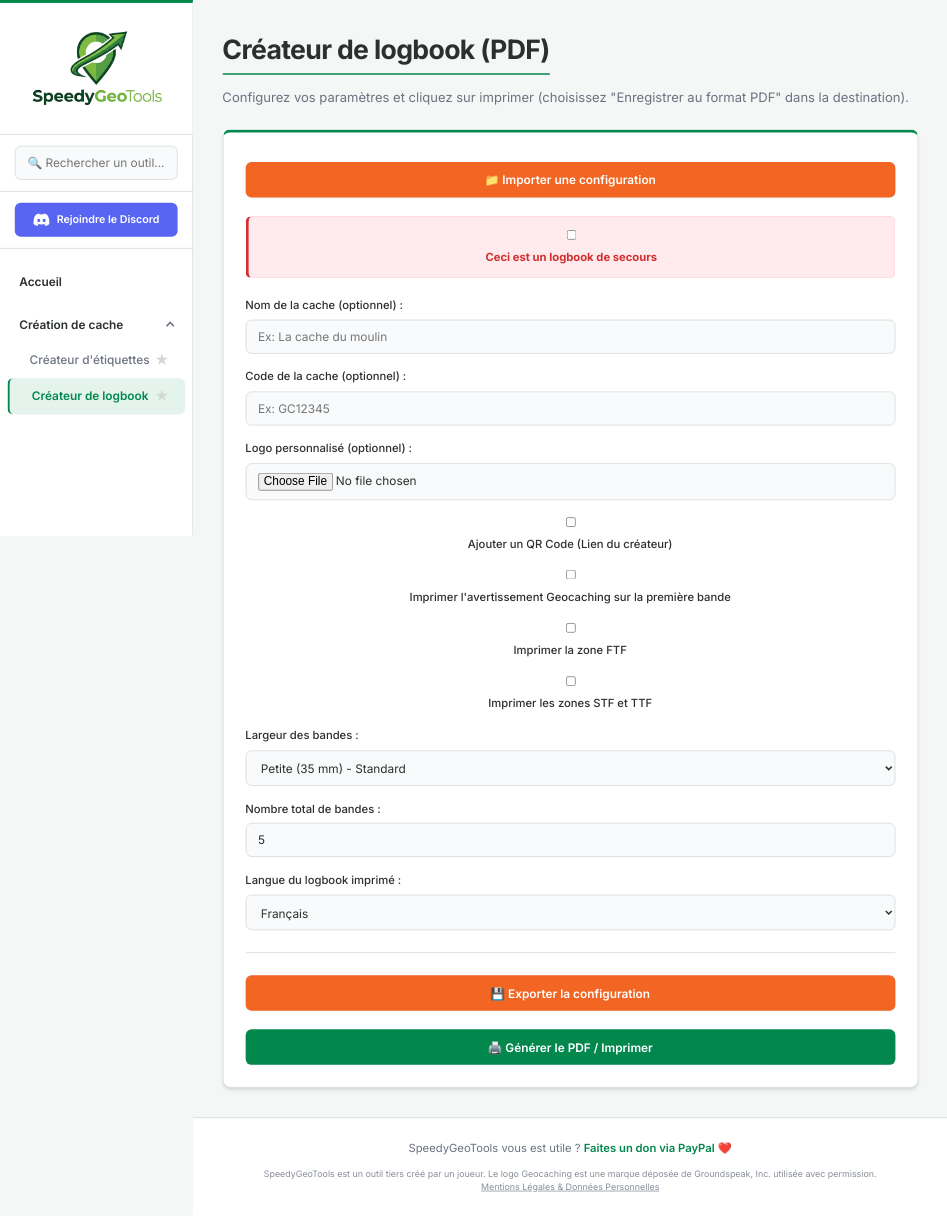
Repository: rodafux/SpeedyGeoTools
Page: fr/logbook.html
These files come from the project's save history. The page is drawn as it stood at one moment and after the next save; the edit follows.
The browser window is 1280 px wide. The pictures show the whole page, at 74% of full size.

Above is the page before, as saved 2026-04-12 04:36:43.

### fr/logbook.html
<!DOCTYPE html>
<html lang="fr">
<head>
    <meta charset="UTF-8">
    <meta name="viewport" content="width=device-width, initial-scale=1.0">
    <meta property="og:title" content="SpeedyGeoTools - Créateur de logbook">
    <meta property="og:description" content="Générez et imprimez instantanément des feuilles de log adaptées à la taille de vos géocaches (Micro, Small, Regular).">
    <meta property="og:image" content="https://speedygeotools.com/logo.png">
    <meta property="og:url" content="https://speedygeotools.com/fr/logbook.html">
    <meta property="og:type" content="website">
    <title>SpeedyGeoTools - Créateur de logbook</title>
    <meta name="description" content="Générez et imprimez instantanément des feuilles de log adaptées à la taille de vos géocaches (Micro, Small, Regular).">
    <link rel="icon" type="image/png" href="../favicon.png">
    <link rel="alternate" hreflang="en" href="https://speedygeotools.com/logbook.html" />
    <link rel="alternate" hreflang="fr" href="https://speedygeotools.com/fr/logbook.html" />
    <link rel="alternate" hreflang="x-default" href="https://speedygeotools.com/logbook.html" />
    <link rel="preconnect" href="https://fonts.googleapis.com">
    <link rel="preconnect" href="https://fonts.gstatic.com" crossorigin>
    <link href="https://fonts.googleapis.com/css2?family=Inter:wght@400;500;600;700&display=swap" rel="stylesheet">
    <link rel="stylesheet" href="../css/style.css">
    <link rel="stylesheet" href="../css/print.css">
    <link rel="canonical" href="https://speedygeotools.com/fr/logbook.html" />
    <script src="https://cdnjs.cloudflare.com/ajax/libs/qrious/4.0.2/qrious.min.js"></script>
</head>
<body>
    <div class="app-sidebar no-print">
        <div class="sidebar-header">
            <a href="index.html" class="sidebar-brand">
                <img src="../logo.png" alt="SpeedyGeoTools" class="brand-logo">
            </a>
            <button class="mobile-menu-toggle" onclick="toggleMobileMenu()">☰</button>
        </div>
        <div class="sidebar-content" id="sidebarContent">
            <div class="search-container">
                <input type="text" id="toolSearch" placeholder="🔍 Rechercher un outil..." onkeyup="filterTools()">
            </div>
            <div class="sidebar-discord">
                <a href="https://discord.gg/7D9yHJCKaA" target="_blank">
                    <svg viewBox="0 0 127.14 96.36" width="22" height="22" fill="currentColor"><path d="M107.7,8.07A105.15,105.15,0,0,0,81.47,0a72.06,72.06,0,0,0-3.36,6.83A97.68,97.68,0,0,0,49,6.83,72.37,72.37,0,0,0,45.64,0,105.89,105.89,0,0,0,19.39,8.09C2.79,32.65-1.71,56.6.54,80.21h0A105.73,105.73,0,0,0,32.71,96.36,77.7,77.7,0,0,0,39.6,85.25a68.42,68.42,0,0,1-10.85-5.18c.91-.66,1.8-1.34,2.66-2a75.57,75.57,0,0,0,64.32,0c.87.71,1.76,1.39,2.66,2a68.68,68.68,0,0,1-10.87,5.19,77,77,0,0,0,6.89,11.1A105.25,105.25,0,0,0,126.6,80.22h0C129.24,52.84,122.09,29.11,107.7,8.07ZM42.45,65.69C36.18,65.69,31,60,31,53s5-12.74,11.43-12.74S54,46,53.89,53,48.84,65.69,42.45,65.69Zm42.24,0C78.41,65.69,73.31,60,73.31,53s5-12.74,11.43-12.74S96.33,46,96.22,53,91.08,65.69,84.69,65.69Z"/></svg>
                    <span>Rejoindre le Discord</span>
                </a>
            </div>
            <div class="sidebar-nav">
                <a href="index.html">Accueil</a>
                <details open>
                    <summary>Création de cache</summary>
                    <a href="labels.html">Créateur d'étiquettes</a>
                    <a href="logbook.html" class="active">Créateur de logbook</a>
                </details>
            </div>
        </div>
    </div>
    <main class="app-content">
        <div class="container no-print">
            <h1>Créateur de logbook (PDF)</h1>
            <p class="subtitle">Configurez vos paramètres et cliquez sur imprimer (choisissez "Enregistrer au format PDF" dans la destination).</p>
            <div class="main-layout" style="display:block;">
                <div class="controls-panel">
                    <div style="margin-bottom: 25px;">
                        <input type="file" id="importLogbook" accept=".json" onchange="importLogbookConfig(event)" style="display: none;">
                        <button onclick="document.getElementById('importLogbook').click()" class="btn-secondary">📁 Importer une configuration</button>
                    </div>
                    <div class="form-group checkbox-group emergency-toggle">
                        <input type="checkbox" id="isEmergency">
                        <label for="isEmergency" style="color: #d32f2f; font-weight: bold;">Ceci est un logbook de secours</label>
                    </div>
                    <div class="form-group" id="emergencyPseudoGroup" style="display: none;">
                        <label for="emergencyPseudo">Votre pseudo (Déposé par) :</label>
                        <input type="text" id="emergencyPseudo" placeholder="Ex: GeoTrouveTout">
                    </div>
                    <div id="standardOptions">
                        <div class="form-group">
                            <label for="cacheName">Nom de la cache (optionnel) :</label>
                            <input type="text" id="cacheName" placeholder="Ex: La cache du moulin">
                        </div>
                        <div class="form-group">
                            <label for="cacheCode">Code de la cache (optionnel) :</label>
                            <input type="text" id="cacheCode" placeholder="Ex: GC12345">
                        </div>
                        <div class="form-group">
                            <label for="logoInput">Logo personnalisé (optionnel) :</label>
                            <input type="file" id="logoInput" accept="image/png, image/jpeg">
                        </div>
                        <div class="form-group checkbox-group">
                            <input type="checkbox" id="hasQrCode">
                            <label for="hasQrCode">Ajouter un QR Code (Lien du créateur)</label>
                        </div>
                        <div class="form-group" id="qrUrlGroup" style="display: none;">
                            <label for="qrUrl">Lien du QR Code :</label>
                            <input type="text" id="qrUrl" placeholder="https://...">
                        </div>
                    </div>
                    <div class="form-group checkbox-group">
                        <input type="checkbox" id="hasWarning">
                        <label for="hasWarning">Imprimer l'avertissement Geocaching sur la première bande</label>
                    </div>
                    <div id="podiumOptions">
                        <div class="form-group checkbox-group">
                            <input type="checkbox" id="hasFtf">
                            <label for="hasFtf">Imprimer la zone FTF</label>
                        </div>
                        <div class="form-group checkbox-group sub-checkbox" id="ftfTamponGroup" style="display: none;">
                            <input type="checkbox" id="hasFtfTampon" checked>
                            <label for="hasFtfTampon">Agrandir la zone FTF (Espace Tampon)</label>
                        </div>
                        <div class="form-group checkbox-group">
                            <input type="checkbox" id="hasStfTtf">
                            <label for="hasStfTtf">Imprimer les zones STF et TTF</label>
                        </div>
                        <div class="form-group checkbox-group sub-checkbox" id="stfTtfTamponGroup" style="display: none;">
                            <input type="checkbox" id="hasStfTtfTampon" checked>
                            <label for="hasStfTtfTampon">Agrandir les zones STF/TTF (Espace Tampon)</label>
                        </div>
                    </div>
                    <div class="form-group">
                        <label for="stripWidth">Largeur des bandes :</label>
                        <select id="stripWidth">
                            <option value="25">Micro (25 mm) - Sans tampons ni textes</option>
                            <option value="35" selected>Petite (35 mm) - Standard</option>
                            <option value="45">Normale (45 mm) - Large</option>
                        </select>
                    </div>
                    <div class="form-group">
                        <label for="stripCount">Nombre total de bandes :</label>
                        <input type="number" id="stripCount" value="5" min="1" max="100">
                    </div>
                    <div class="form-group">
                        <label for="pdfLanguage">Langue du logbook imprimé :</label>
                        <select id="pdfLanguage">
                            <option value="fr" selected>Français</option>
                            <option value="en">English (Anglais)</option>
                            <option value="de">Deutsch (Allemand)</option>
                            <option value="es">Español (Espagnol)</option>
                            <option value="it">Italiano (Italien)</option>
                            <option value="pt">Português (Portugais)</option>
                            <option value="nl">Nederlands (Néerlandais)</option>
                            <option value="cs">Čeština (Tchèque)</option>
                        </select>
                    </div>
                    <div style="margin-top: 30px; border-top: 1px solid var(--border-color); padding-top: 20px;">
                        <button onclick="exportLogbookConfig()" class="btn-secondary" style="margin-bottom: 15px;">💾 Exporter la configuration</button>
                        <button onclick="generateAndPrint()">🖨️ Générer le PDF / Imprimer</button>
                    </div>
                </div>
            </div>
        </div>
        <footer class="site-footer no-print">
            <p>SpeedyGeoTools vous est utile ? <a href="https://paypal.me/JulienPorcher" target="_blank" rel="noopener noreferrer">Faites un don via PayPal</a> ❤️</p>
            <p class="disclaimer">
                SpeedyGeoTools est un outil tiers créé par un joueur. Le logo Geocaching est une marque déposée de Groundspeak, Inc. utilisée avec permission.<br>
                <a href="legal.html">Mentions Légales & Données Personnelles</a>
            </p>
        </footer>
    </main>
    <div id="render-area"></div>
    <script src="../js/i18n.js"></script>
    <script src="../js/logbook.js"></script>
    <script src="../js/main.js"></script>
</body>
</html>

### css/print.css
@media print {
    @page { size: A4 portrait; margin: 0; }
    body { background: white; padding: 0; margin: 0; color: black; font-family: sans-serif; display: block; }
    body > * { display: none !important; }
    body > #render-area { display: block !important; width: 100%; }
    .a4-page { width: 210mm; height: 297mm; padding: 10mm 15mm; box-sizing: border-box; display: flex; justify-content: center; break-after: page; }
    .a4-page:last-child { page-break-after: auto; break-after: auto; }
    .log-strip { height: 100%; border: 1px solid #000; border-left: none; box-sizing: border-box; display: flex; flex-direction: column; overflow: hidden; }
    .log-strip:first-child { border-left: 1px solid #000; }
    .staple-area { min-height: 10mm; border-bottom: 1px dashed #999; }
    .official-logo-box { text-align: center; padding: 5mm 0; border-bottom: 1px solid #000; }
    .official-logo-box img { width: 20mm; height: auto; }
    .official-logo-box div { font-size: 7px; font-weight: bold; margin-top: 2px; }
    .strip-logo { width: 100%; max-height: 25mm; object-fit: contain; margin: 4mm 0; padding: 0 2mm; box-sizing: border-box; display: block; }
    .logo-container { border-bottom: 1px solid #000; }
    .created-on { text-align: center; font-size: 9px; font-weight: bold; background-color: #000 !important; color: #FFF !important; padding: 4px 1mm; border-bottom: 1px solid #000; text-transform: uppercase; letter-spacing: 0.3px; -webkit-print-color-adjust: exact; print-color-adjust: exact; }
    .cache-info { text-align: center; padding: 4px 3mm 4px 5mm; border-bottom: 1px solid #000; font-size: 10px; }
    .cache-info strong { font-size: 11px; display: block; }
    .emergency-box { padding: 6px 3mm 6px 5mm; border-bottom: 1px solid #000; font-size: 8px; line-height: 1.6; }
    .emergency-box strong { display: block; text-align: center; font-size: 10px; margin-bottom: 4px; }
    .warning-text { font-size: 6.5px; padding: 4px 3mm 4px 5mm; text-align: justify; line-height: 1.2; border-bottom: 1px solid #000; }
    .warning-text strong { display: block; text-align: center; margin-bottom: 3px; font-size: 7.5px; }
    .warning-text ul { padding-left: 8px; margin: 3px 0; }
    .qr-box { padding: 4px 3mm 4px 5mm; text-align: center; border-bottom: 1px solid #000; }
    .qr-title { font-size: 7px; font-weight: bold; margin-bottom: 2px; }
    .qr-warn { font-size: 6px; margin-top: 2px; color: #333; }
    .podium-box { display: flex; flex-direction: column; border-bottom: 1px solid #000; }
    .podium-stamp { border-bottom: 1px dotted #888; display: flex; flex-direction: column; padding: 2px 2px 2px 5mm; box-sizing: border-box; }
    .podium-stamp.with-tampon { min-height: 35mm; }
    .podium-stamp:last-child { border-bottom: none; }
    .podium-header { display: flex; flex-wrap: wrap; align-items: center; gap: 3px; font-size: 7px; color: #333; margin-bottom: 2mm; }
    .podium-title { font-weight: bold; font-size: 10px; color: #000; margin-right: 2px; }
    .podium-input-date { font-style: italic; }
    .podium-input-pseudo { font-style: italic; flex-grow: 1; }
    .podium-tampon { flex-grow: 1; display: flex; align-items: center; justify-content: center; font-size: 10px; color: #aaa; text-transform: uppercase; letter-spacing: 1px; border: 1px dotted #ccc; }
    .logs-container { flex-grow: 1; display: flex; flex-direction: column; }
    .log-row { flex: 1; border-bottom: 1px solid #ccc; box-sizing: border-box; display: flex; }
    .log-row:last-child { border-bottom: none; }
    .staple-spacer { border-bottom: 1px solid #ccc; }
    .log-date { width: 10mm; border-right: 1px dotted #ccc; font-size: 7px; padding: 2px 2px 2px 3mm; color: #666; box-sizing: border-box; }
    .log-name { flex-grow: 1; font-size: 7px; padding: 2px 2px 2px 2mm; color: #666; box-sizing: border-box; }
}

Loaded but not shown: js/logbook.js (399 lines, source omitted); js/i18n.js (218 lines, source omitted); js/main.js (199 lines, source omitted); js/sidebar.js (51 lines, source omitted); css/style.css (209 lines, source omitted)

After the next save:
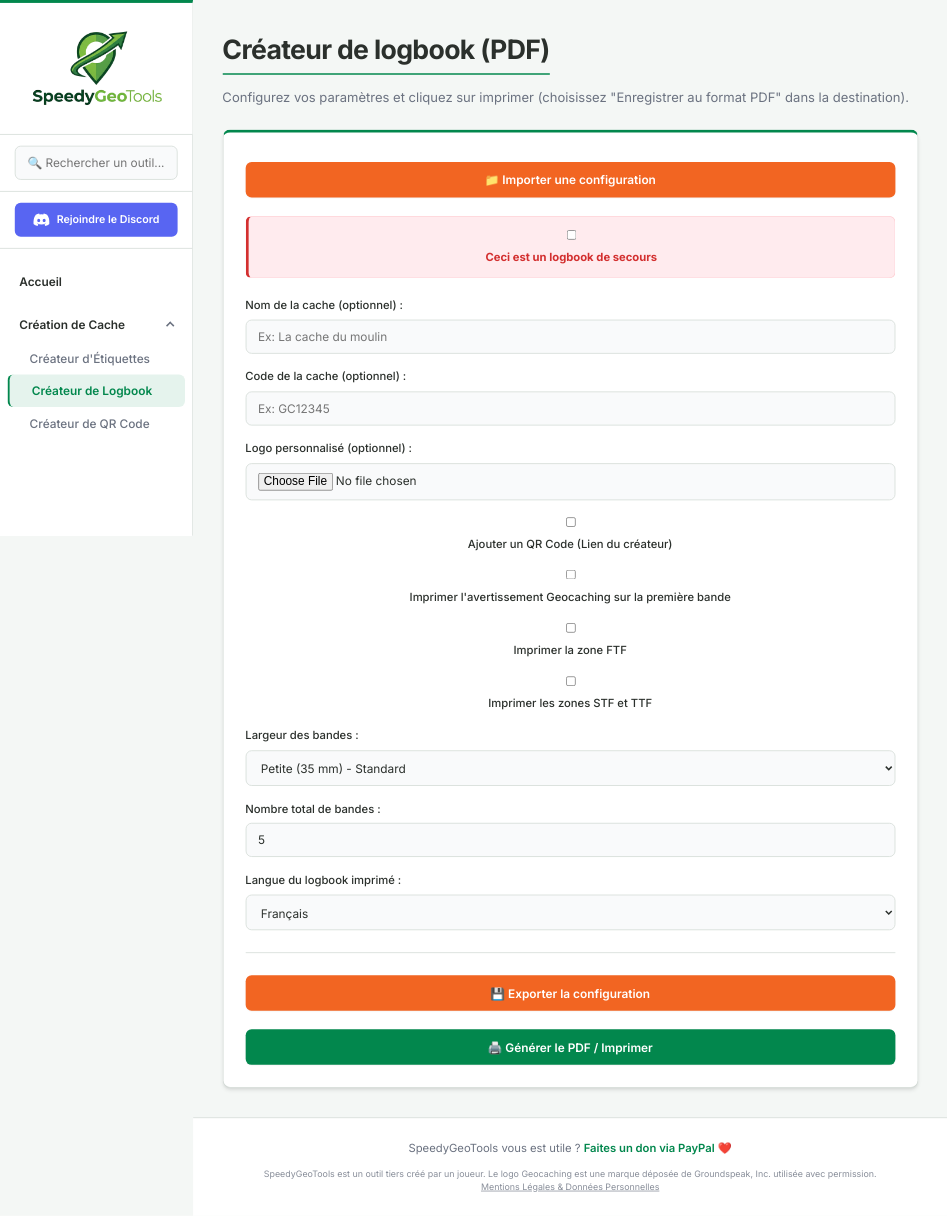
Saved 11 s later.
--- a/fr/logbook.html
+++ b/fr/logbook.html
@@ -23,33 +23,7 @@
     <script src="https://cdnjs.cloudflare.com/ajax/libs/qrious/4.0.2/qrious.min.js"></script>
 </head>
 <body>
-    <div class="app-sidebar no-print">
-        <div class="sidebar-header">
-            <a href="index.html" class="sidebar-brand">
-                <img src="../logo.png" alt="SpeedyGeoTools" class="brand-logo">
-            </a>
-            <button class="mobile-menu-toggle" onclick="toggleMobileMenu()">☰</button>
-        </div>
-        <div class="sidebar-content" id="sidebarContent">
-            <div class="search-container">
-                <input type="text" id="toolSearch" placeholder="🔍 Rechercher un outil..." onkeyup="filterTools()">
-            </div>
-            <div class="sidebar-discord">
-                <a href="https://discord.gg/7D9yHJCKaA" target="_blank">
-                    <svg viewBox="0 0 127.14 96.36" width="22" height="22" fill="currentColor"><path d="M107.7,8.07A105.15,105.15,0,0,0,81.47,0a72.06,72.06,0,0,0-3.36,6.83A97.68,97.68,0,0,0,49,6.83,72.37,72.37,0,0,0,45.64,0,105.89,105.89,0,0,0,19.39,8.09C2.79,32.65-1.71,56.6.54,80.21h0A105.73,105.73,0,0,0,32.71,96.36,77.7,77.7,0,0,0,39.6,85.25a68.42,68.42,0,0,1-10.85-5.18c.91-.66,1.8-1.34,2.66-2a75.57,75.57,0,0,0,64.32,0c.87.71,1.76,1.39,2.66,2a68.68,68.68,0,0,1-10.87,5.19,77,77,0,0,0,6.89,11.1A105.25,105.25,0,0,0,126.6,80.22h0C129.24,52.84,122.09,29.11,107.7,8.07ZM42.45,65.69C36.18,65.69,31,60,31,53s5-12.74,11.43-12.74S54,46,53.89,53,48.84,65.69,42.45,65.69Zm42.24,0C78.41,65.69,73.31,60,73.31,53s5-12.74,11.43-12.74S96.33,46,96.22,53,91.08,65.69,84.69,65.69Z"/></svg>
-                    <span>Rejoindre le Discord</span>
-                </a>
-            </div>
-            <div class="sidebar-nav">
-                <a href="index.html">Accueil</a>
-                <details open>
-                    <summary>Création de cache</summary>
-                    <a href="labels.html">Créateur d'étiquettes</a>
-                    <a href="logbook.html" class="active">Créateur de logbook</a>
-                </details>
-            </div>
-        </div>
-    </div>
+    <div id="sidebar-placeholder"></div>
     <main class="app-content">
         <div class="container no-print">
             <h1>Créateur de logbook (PDF)</h1>
@@ -156,5 +130,6 @@
     <script src="../js/i18n.js"></script>
     <script src="../js/logbook.js"></script>
     <script src="../js/main.js"></script>
+    <script src="../js/sidebar.js"></script>
 </body>
 </html>
